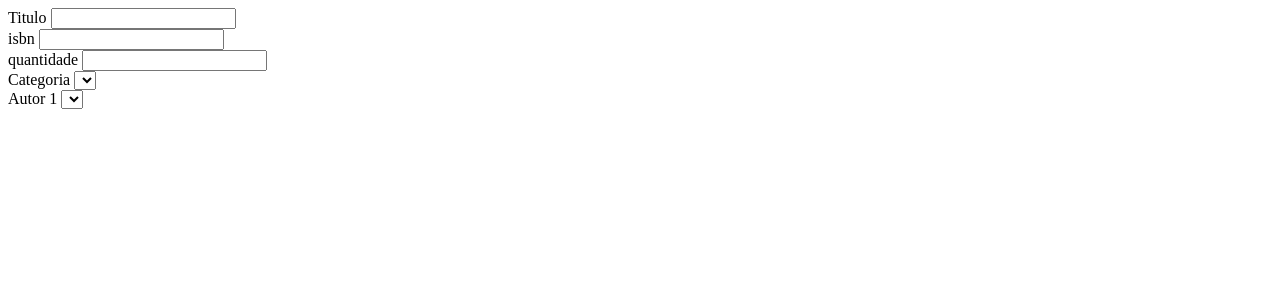
Repository: the-felipe/interfaceApiLivraria
Page: adicionar.html
The author's editor kept a copy of each file at every save. The page is drawn from the files as they stood at one save, then again after a run of saves.
The browser window is 1280 px wide. The pictures show the whole page.

Above is the page before, as saved 2023-07-20 21:38:06.

### adicionar.html
<!DOCTYPE html>
<html lang="en">
<head>
    <meta charset="UTF-8">
    <meta name="viewport" content="width=device-width, initial-scale=1.0">
    <title>Adicionar Livro</title>

    <script src="token.js"></script>
</head>
<body>

    <form action="" id="form">
        <label for="titulo">Titulo</label>
        <input type="text" name="titulo" id="titulo">
        <br>
        <label for="isbn">isbn</label>
        <input type="text" name="isbn" id="isbn">
        <br>
        <label for="quantidade">quantidade</label>
        <input type="text" name="quantidade" id="quantidade">
        <br>
        <label for="categoria">Categoria</label>
        <select name="categoria" id="categoria"></select>

        <br>
        <label for="autor1">Autor 1</label>
        <select name="autor1" id="autor1">

        </select>

        <br>
        <label for="autor2"></label>
    </form>

    <script>

    </script>

</body>
</html>

### token.js
// salva o token no armazenamento local
function salvarToken(token) {
    localStorage.setItem("TOKEN", JSON.stringify(token))
}

// pega o token de volta
function pegarToken() {
    return JSON.parse(localStorage.getItem("TOKEN"))
}

// faz uma requisição GET pra URL usando o token
function getAutenticado(url) {
    const token = pegarToken()

    return fetch(url, {
        headers: {
            "Authorization": `Bearer ${token.access}`
        }
    })
}

// faz uma requisição POST pra URL usando o token
function postAutenticado(url, body) {
    const token = pegarToken()

    return fetch(url, {
        body: JSON.stringify(body),
        method: "POST",
        headers: {
            "Content-Type": "application/json",
            "Authorization": `Bearer ${token.access}`
        }
    })
}

// faz uma requisição PATCH pra URL usando o token
function patchAutenticado(url, body) {
    const token = pegarToken()

    return fetch(url, {
        body: JSON.stringify(body),
        method: "PATCH",
        headers: {
            "Content-Type": "application/json",
            "Authorization": `Bearer ${token.access}`
        }
    })
}

// faz uma requisição DELETE pra URL usando o token
function deleteAutenticado(url) {
    const token = pegarToken()

    return fetch(url, {
        method: "DELETE",
        headers: {
            "Authorization": `Bearer ${token.access}`
        }
    })
}

After the next 2 saves:
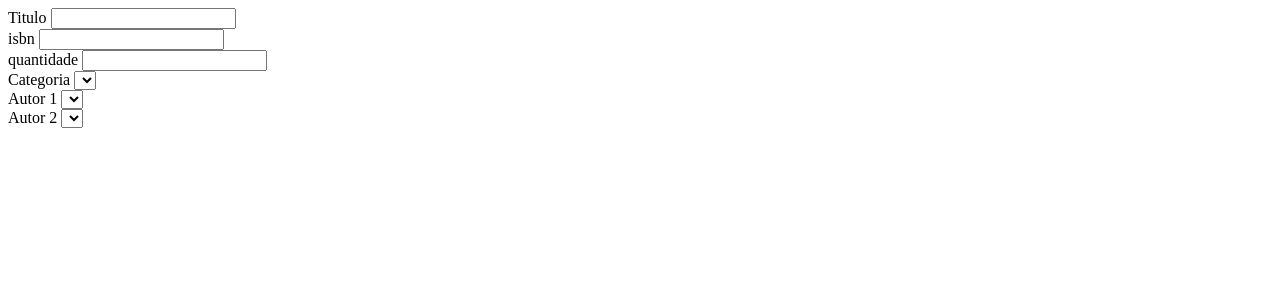
The 2 saves are shown as one change because they came seconds apart.
The last was saved 7 s later.
--- a/adicionar.html
+++ b/adicionar.html
@@ -29,7 +29,8 @@
         </select>
 
         <br>
-        <label for="autor2"></label>
+        <label for="autor2">Autor 2</label>
+        <select name="autor2" id="autor2"></select>
     </form>
 
     <script>
